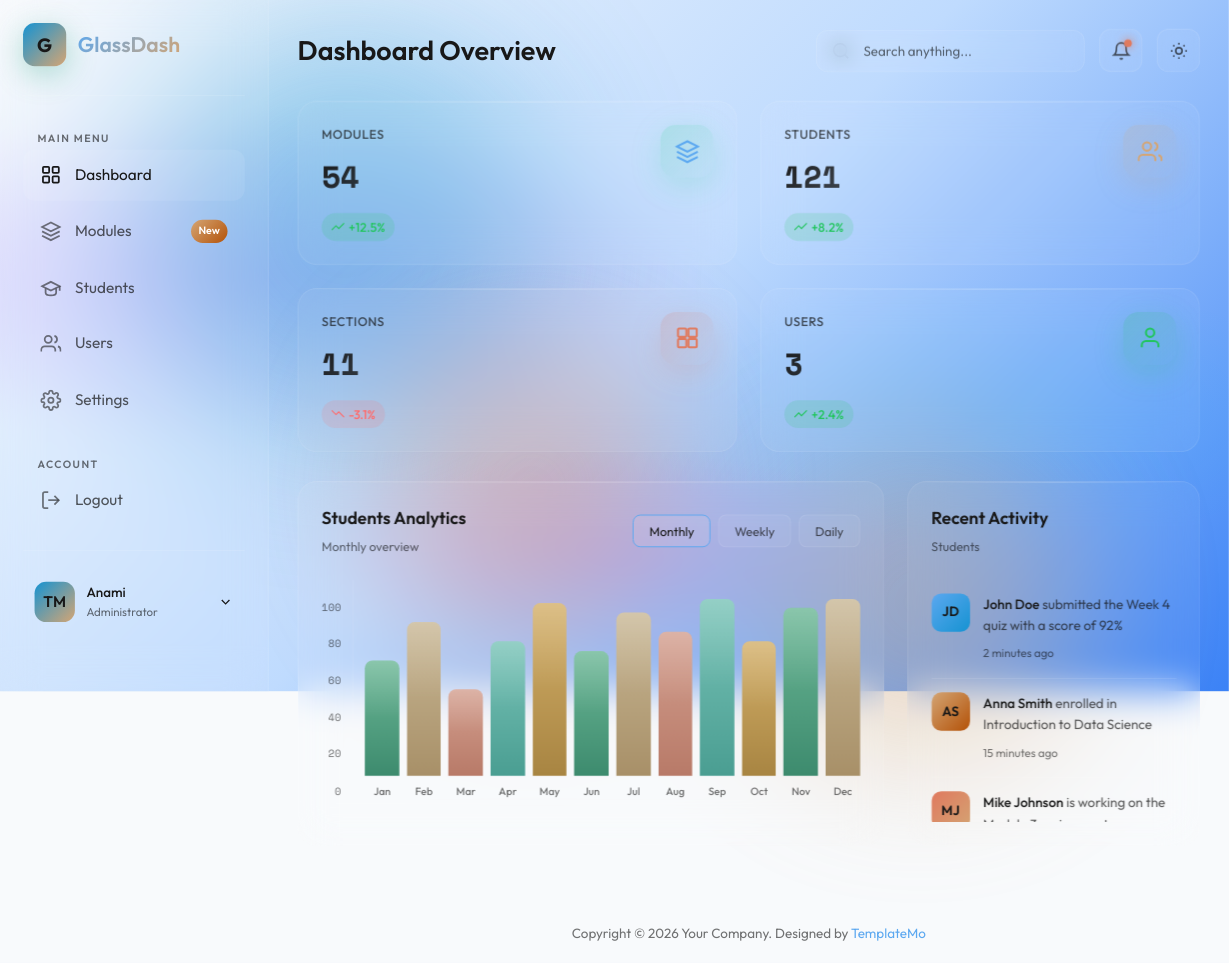
Repository: JetSpy-404/Storyboarding
Page: index.html
An editor plug-in stored every save of this project. The page is shown before and after a run of saves, followed by the edit.
The browser window is 1280 px wide. The pictures show the whole page, at 96% of full size.

Above is the page before, as saved 2026-04-06 12:50:37.

After the next 2 saves:
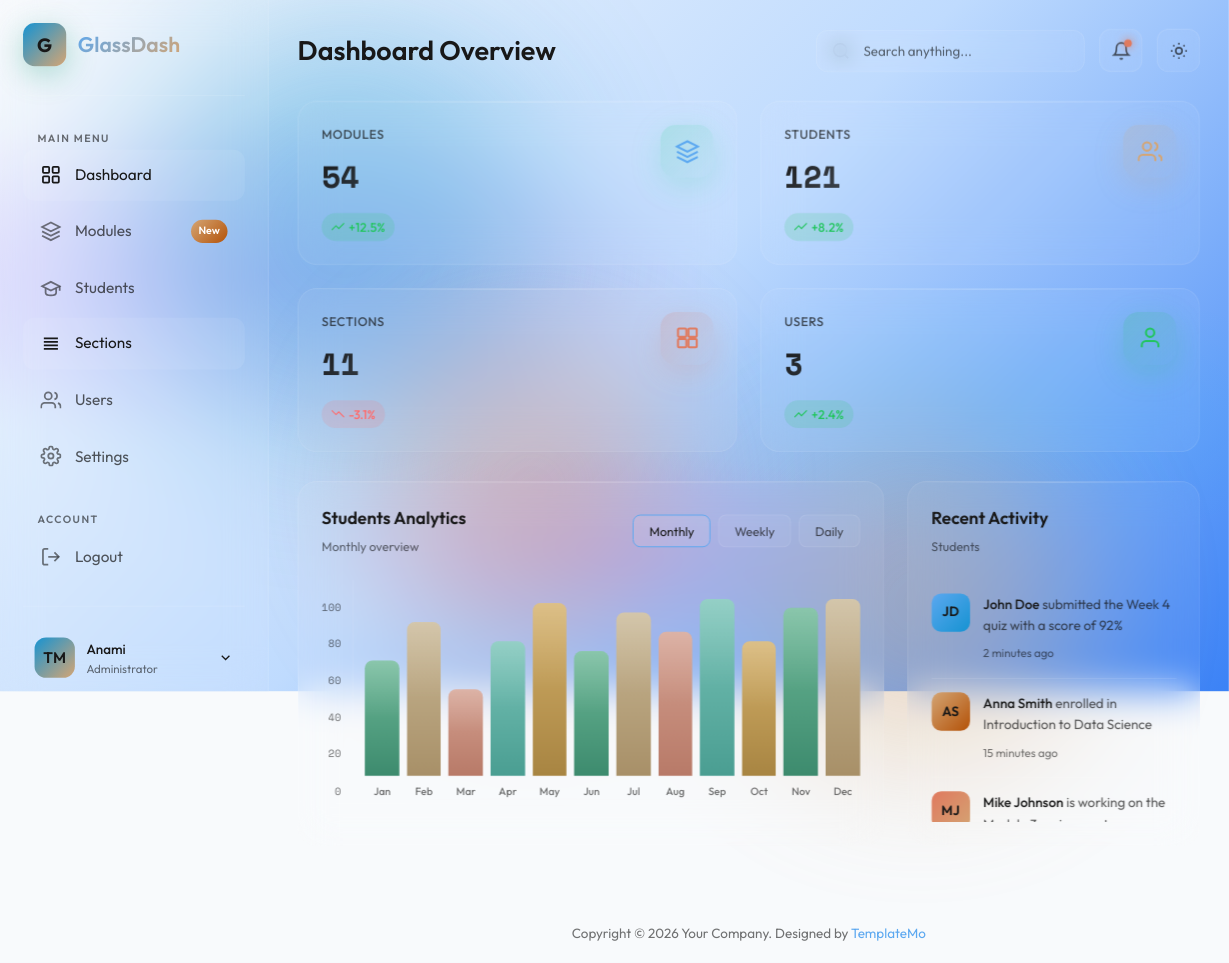
The 2 saves are shown as one change because they came seconds apart.
The last was saved 58 s later.
--- a/index.html
+++ b/index.html
@@ -66,6 +66,14 @@ https://templatemo.com/tm-607-glass-admin
                                     <path d="M22 10v5"/>
                                 </svg>
                                 Students
+                            </a>
+                        </li>
+                        <li class="nav-item">
+                            <a href="sections.html" class="nav-link active">
+                                <svg class="nav-icon" viewBox="0 0 24 24" fill="none" stroke="currentColor" stroke-width="2">
+                                    <path d="M4 6h16M4 10h16M4 14h16M4 18h16"/>
+                                </svg>
+                                Sections
                             </a>
                         </li>
                         <li class="nav-item">
